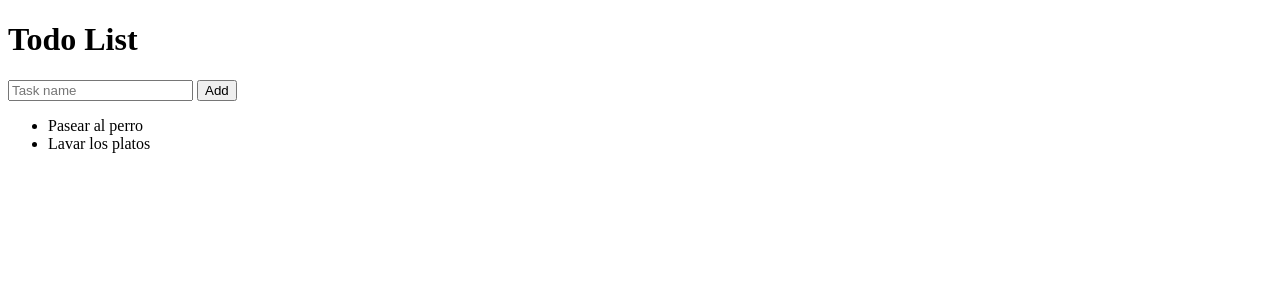
Repository: montsecg/nuclio-javascript-lecture-montse
Page: index.html
The author's editor kept a copy of each file at every save. The page is drawn from the files as they stood at one save, then again after the next save.
The browser window is 1280 px wide. The pictures show the whole page.

Above is the page before, as saved 2021-04-16 08:58:15.

### index.html
<!DOCTYPE html>
<html lang="es">
<head> <!--tiene información sobre el documento-->
    <meta charset="UTF-8">
    <meta http-equiv="X-UA-Compatible" content="IE=edge">
    <meta name="viewport" content="width=device-width, initial-scale=1.0">
    <meta name="description" content="The description">
    <link rel="stylesheet" href="./styles.css">
    <script defer src="./main.js"></script><!--carga el documento de JAVASCRIPT-->
    <title>App con javascript</title>
</head>
<body> <!--tiene contenido de la página-->

    <h1 class= "title">Todo List</h1>
    <form>
        <input placeholder= "Task name" type="text">
        <button type="submit">Add</button>
        <p class="error"></p>
        <span></span>
    </form>
    <ul>
        <li class="li">Pasear al perro</li>
        <li class="li">Lavar los platos</li>
    </ul>


<!-- siempre se escribre después de los elementos que se ven alterados por JAVASECRIPT-->


</body>
</html>

### main.js
const form = document.querySelector("form");//llama <l <form> del HTML
const input = document.querySelector("input"); //llama al <input> del HTML
const list = document.querySelector("ul"); //llama al <ul> del HTML
const error = document.querySelector(".error");//llama al <p class="error"> del HTML
const pending = document.querySelector("span"); //llama al <span> del HTML

Loaded but not shown: styles.css (no copy from this time; the picture is the same without it)

After the next save:
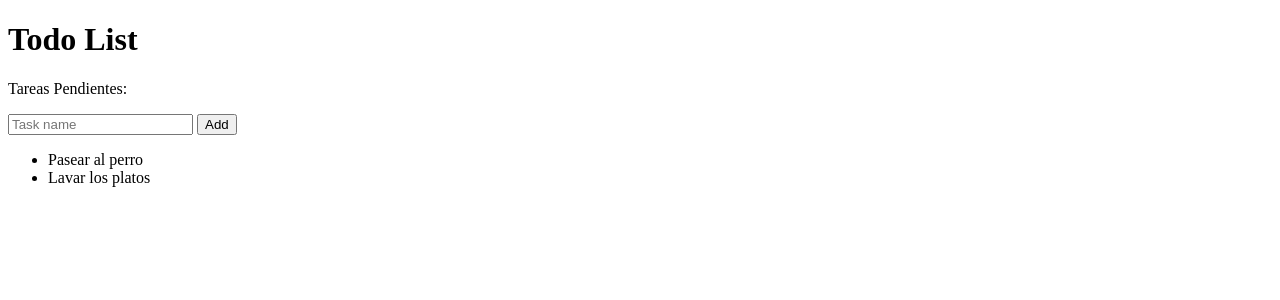
Saved 107 s later.
--- a/index.html
+++ b/index.html
@@ -12,12 +12,13 @@
 <body> <!--tiene contenido de la página-->
 
     <h1 class= "title">Todo List</h1>
+    <p>Tareas Pendientes: <span></span></p>
     <form>
         <input placeholder= "Task name" type="text">
         <button type="submit">Add</button>
-        <p class="error"></p>
-        <span></span>
     </form>
+    <p class="error"></p>
+
     <ul>
         <li class="li">Pasear al perro</li>
         <li class="li">Lavar los platos</li>
